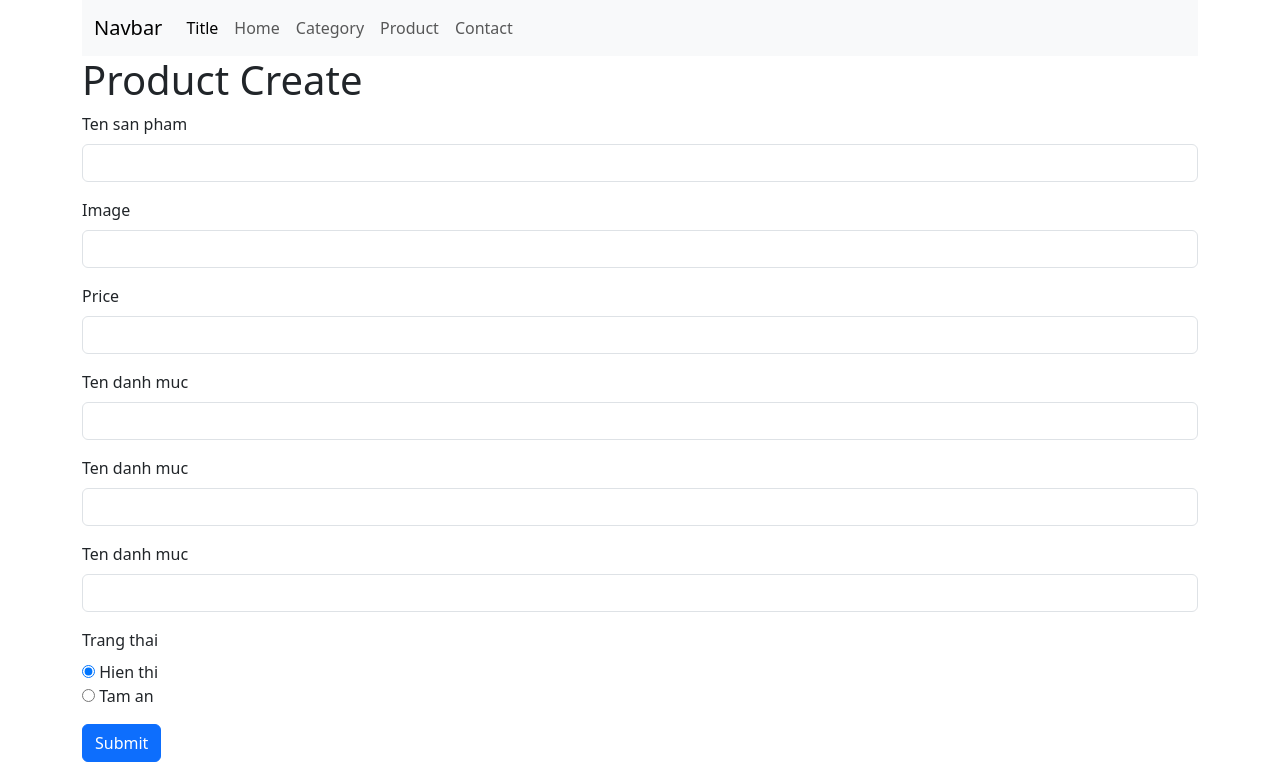
Repository: ndmq03102002/crud_laravel
Page: resources/views/admin/product/create.blade.php
These files come from the project's save history. The page is drawn as it stood at one moment and after the next save; the edit follows.
The browser window is 1280 px wide. The pictures show the whole page.
The page is served by the project's Laravel application, run on PHP 8.4 with Laravel 10. Other server files are loaded and not shown. The template is opened directly, without the code that normally fills it, so the values that code supplies are empty.

Above is the page before, as saved 2024-07-12 11:40:45.

### routes/web.php
<?php

use App\Http\Controllers\HomeController;
use App\Http\Controllers\AdminController;
use Illuminate\Support\Facades\Route;
use App\Http\Controllers\ProductController;
use App\Http\Controllers\CategoryController;
/*
|--------------------------------------------------------------------------
| Web Routes
|--------------------------------------------------------------------------
|
| Here is where you can register web routes for your application. These
| routes are loaded by the RouteServiceProvider and all of them will
| be assigned to the "web" middleware group. Make something great!
|
*/

Route::group(['prefix' => ''], function () {
    Route::get('/', [HomeController::class, 'index'])->name('home.index');
});

Route::get('/admin/login', [AdminController::class, 'login'])->name('admin.login');
Route::post('/admin/login', [AdminController::class, 'Checklogin']);
Route::get('/admin/register', [AdminController::class, 'register'])->name('admin.register');
Route::post('/admin/register', [AdminController::class, 'Checkregister']);


Route::group(['prefix' => 'admin', 'middleware'=>'auth'], function () {
    Route::get('/', [AdminController::class, 'index'])->name('admin.index');
    Route::resources([
        'product' => ProductController::class,
        'category' => CategoryController::class,
    ]);
});

### resources/views/admin/product/create.blade.php
@extends('admin.admin')

@section('main')

<h1>Product Create</h1>

<form action="{{route('product.store')}}" method = 'post' role="form">
    @csrf
    <div class="mb-3">
      <label for="exampleInputEmail1" class="form-label">Ten san pham</label>
      <input type="text" class="form-control" name='name' id="exampleInputEmail1" aria-describedby="emailHelp">

    </div>
    <div class="mb-3">
      <label for="exampleInputEmail1" class="form-label">Image</label>
      <input type="text" class="form-control" name='image' id="exampleInputEmail1" aria-describedby="emailHelp">

    </div>
    <div class="mb-3">
      <label for="exampleInputEmail1" class="form-label">Price</label>
      <input type="text" class="form-control" name='price' id="exampleInputEmail1" aria-describedby="emailHelp">

    </div>
    <div class="mb-3">
      <label for="exampleInputEmail1" class="form-label">Ten danh muc</label>
      <input type="text" class="form-control" name='name' id="exampleInputEmail1" aria-describedby="emailHelp">

    </div>
    <div class="mb-3">
      <label for="exampleInputEmail1" class="form-label">Ten danh muc</label>
      <input type="text" class="form-control" name='name' id="exampleInputEmail1" aria-describedby="emailHelp">

    </div>
    <div class="mb-3">
      <label for="exampleInputEmail1" class="form-label">Ten danh muc</label>
      <input type="text" class="form-control" name='name' id="exampleInputEmail1" aria-describedby="emailHelp">

    </div>
    <div class="mb-3">
      <label for="exampleInputPassword1" class="form-label">Trang thai</label>
      <div class="radio">
        <label for="">
            <input type="radio" name="status" value="1" checked>
            Hien thi
        </label>
      </div>
      <div class="radio">
        <label for="">
            <input type="radio" name="status" value="0" >
            Tam an
        </label>
      </div>
    </div>

    <button type="submit" class="btn btn-primary">Submit</button>
  </form>



@endsection

### resources/views/admin/admin.blade.php
<!doctype html>
<html lang="en">
    <head>
        <title>Title</title>
        <!-- Required meta tags -->
        <meta charset="utf-8" />
        <meta
            name="viewport"
            content="width=device-width, initial-scale=1, shrink-to-fit=no"
        />

        <!-- Bootstrap CSS v5.2.1 -->
        <link
            href="https://cdn.jsdelivr.net/npm/bootstrap@5.3.2/dist/css/bootstrap.min.css"
            rel="stylesheet"
            integrity="sha384-T3c6CoIi6uLrA9TneNEoa7RxnatzjcDSCmG1MXxSR1GAsXEV/Dwwykc2MPK8M2HN"
            crossorigin="anonymous"
        />
    </head>

    <body>

        <div
            class="container"
        >
        <nav class="navbar navbar-expand-lg bg-body-tertiary">
            <div class="container-fluid">
              <a class="navbar-brand" href="#">Navbar</a>
              <button class="navbar-toggler" type="button" data-bs-toggle="collapse" data-bs-target="#navbarNav" aria-controls="navbarNav" aria-expanded="false" aria-label="Toggle navigation">
                <span class="navbar-toggler-icon"></span>
              </button>
              <div class="collapse navbar-collapse" id="navbarNav">
                <ul class="navbar-nav">
                  <li class="nav-item">
                    <a class="nav-link active" aria-current="page" href="#">Title</a>
                  </li>
                  <li class="nav-item">
                    <a class="nav-link" href="{{route('admin.index')}}">Home</a>
                  </li>
                  <li class="nav-item">
                    <a class="nav-link" href="{{route('category.index')}}">Category</a>
                  </li>
                  <li class="nav-item">
                    <a class="nav-link" href="{{route('product.index')}}">Product</a>
                  </li>
                    <li class="nav-item">
                        <a class="nav-link" href="#">Contact</a>
                    </li>
                </ul>
              </div>
            </div>
          </nav>

        </div>

        <div
            class="container"
        >
            @yield('main')
        </div>





        <script
            src="https://cdn.jsdelivr.net/npm/@popperjs/core@2.11.8/dist/umd/popper.min.js"
            integrity="sha384-I7E8VVD/ismYTF4hNIPjVp/Zjvgyol6VFvRkX/vR+Vc4jQkC+hVqc2pM8ODewa9r"
            crossorigin="anonymous"
        ></script>

        <script
            src="https://cdn.jsdelivr.net/npm/bootstrap@5.3.2/dist/js/bootstrap.min.js"
            integrity="sha384-BBtl+eGJRgqQAUMxJ7pMwbEyER4l1g+O15P+16Ep7Q9Q+zqX6gSbd85u4mG4QzX+"
            crossorigin="anonymous"
        ></script>
    </body>
</html>

After the next save:
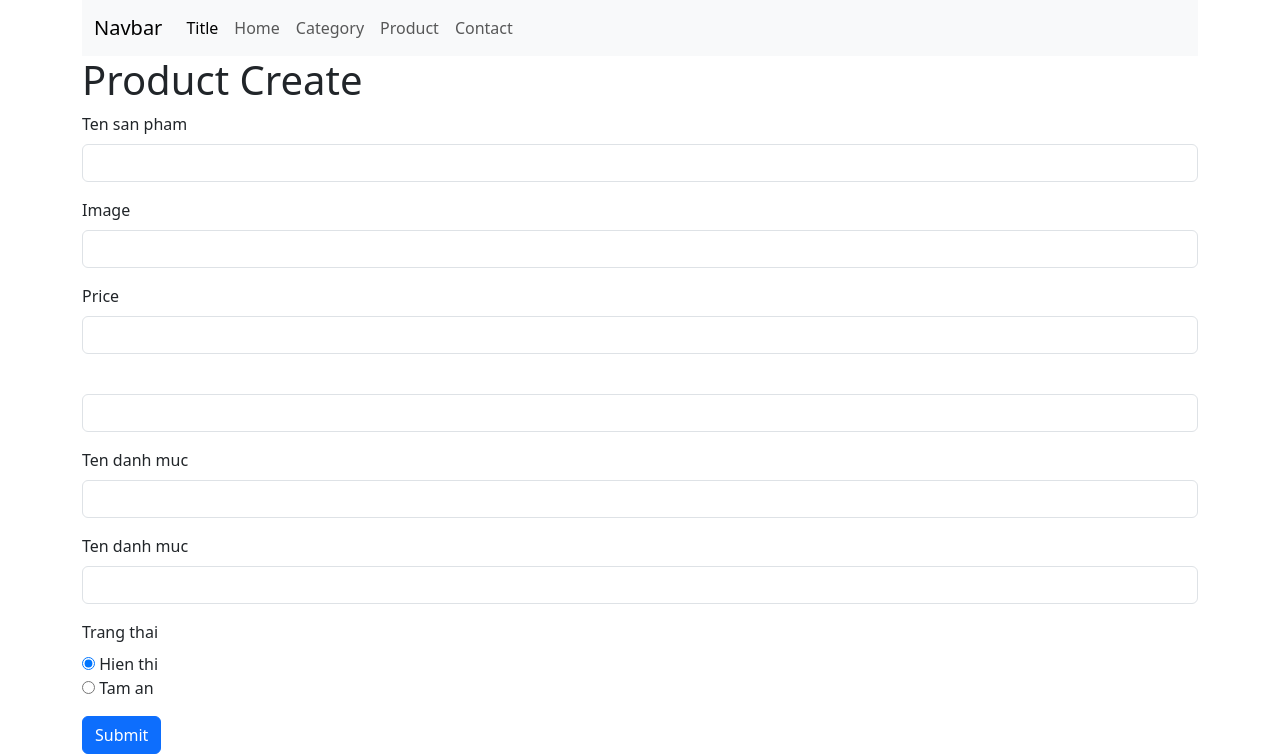
Saved 8 s later.
--- a/resources/views/admin/product/create.blade.php
+++ b/resources/views/admin/product/create.blade.php
@@ -22,7 +22,7 @@
 
     </div>
     <div class="mb-3">
-      <label for="exampleInputEmail1" class="form-label">Ten danh muc</label>
+      <label for="exampleInputEmail1" class="form-label"></label>
       <input type="text" class="form-control" name='name' id="exampleInputEmail1" aria-describedby="emailHelp">
 
     </div>

After the save that followed:
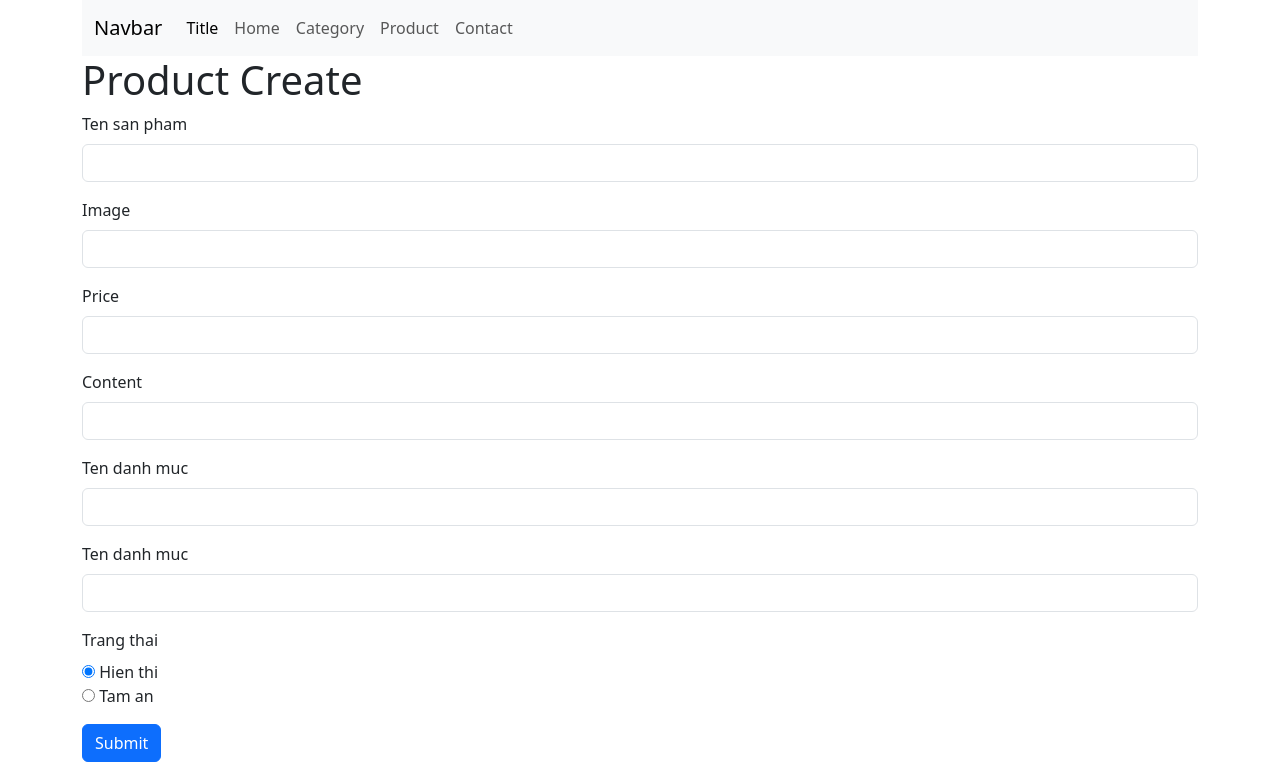
Saved 7 s later.
--- a/resources/views/admin/product/create.blade.php
+++ b/resources/views/admin/product/create.blade.php
@@ -22,7 +22,7 @@
 
     </div>
     <div class="mb-3">
-      <label for="exampleInputEmail1" class="form-label"></label>
+      <label for="exampleInputEmail1" class="form-label">Content</label>
       <input type="text" class="form-control" name='name' id="exampleInputEmail1" aria-describedby="emailHelp">
 
     </div>
